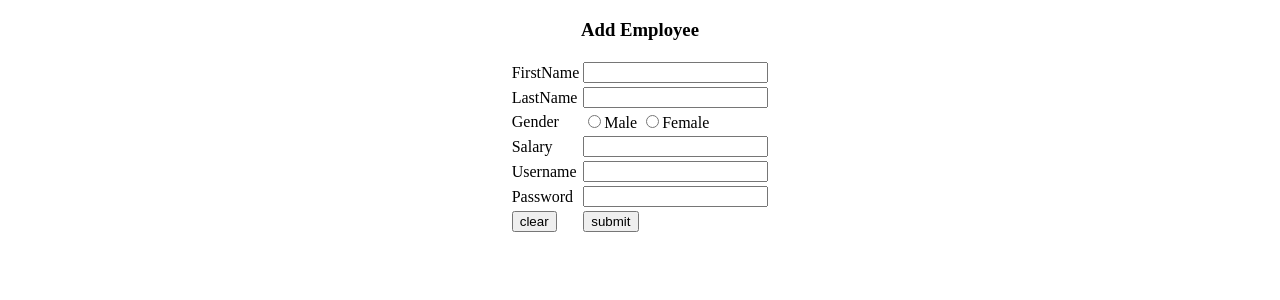
Repository: mounikrishna/java
Page: Servelts,JSP,JSTL/WebBasedApp/WebContent/registration.html
An editor plug-in stored every save of this project. The page is shown before and after the next save, followed by the edit.
The browser window is 1280 px wide. The pictures show the whole page.

Above is the page before, as saved 2020-01-19 01:14:51.

After the next save:
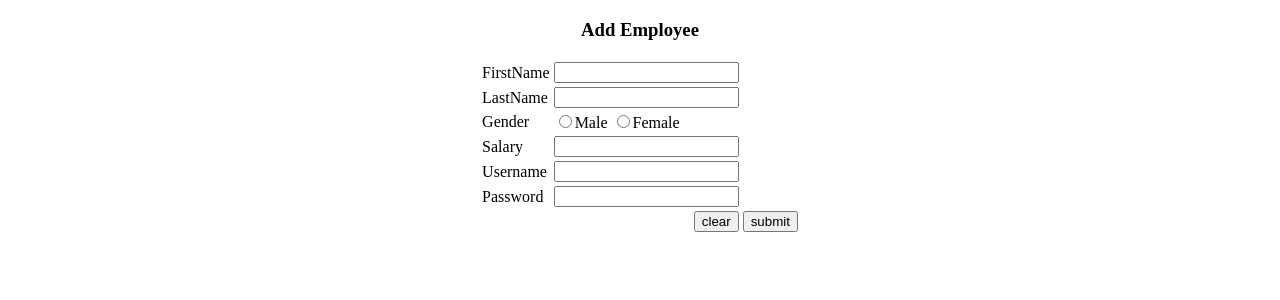
Saved 2 min 1 s later.
--- a/Servelts,JSP,JSTL/WebBasedApp/WebContent/registration.html
+++ b/Servelts,JSP,JSTL/WebBasedApp/WebContent/registration.html
@@ -35,7 +35,7 @@
 					<td><input type = "password" name= "password"></td>
 				</tr>
 				<tr>
-					<td><input type = "reset" value= "clear"></td>
+					<td colspan =2 align = "right"><input type = "reset" value= "clear"></td>
 					<td><input type = "submit" value= "submit"></td>
 
 				</tr>
